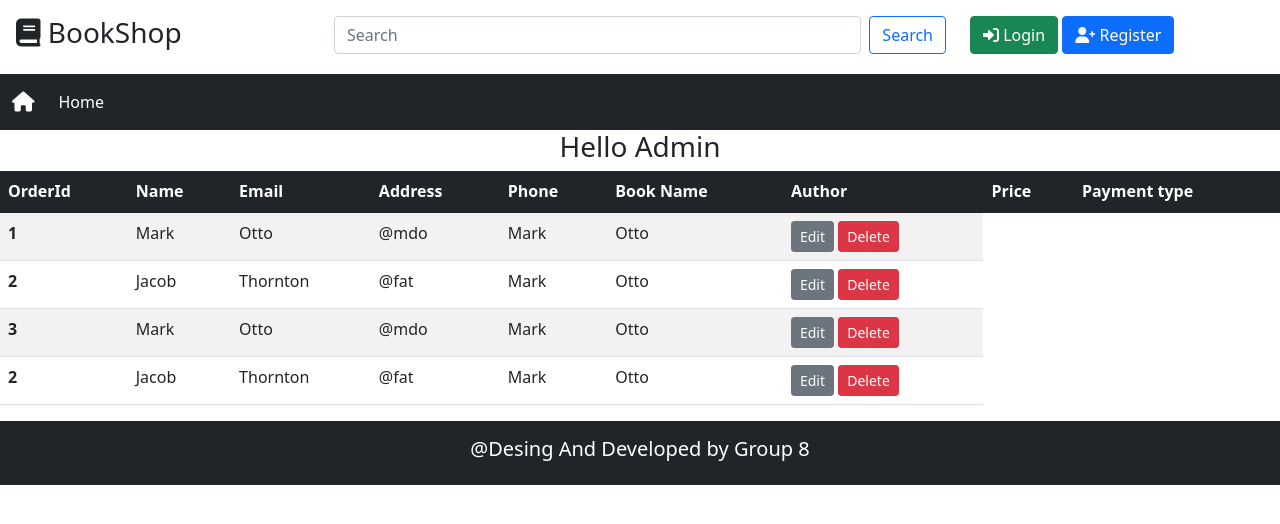
Repository: Abhishekverma23797/BookShopApp
Page: http://localhost/Ebook-App/Admin/orders.jsp
These files come from the project's save history. The page is drawn as it stood at one moment and after the next save; the edit follows.
The browser window is 1280 px wide. The pictures show the whole page.
The page is served by Tomcat 9.

Above is the page before, as saved 2021-12-09 10:39:37.

After the next save:
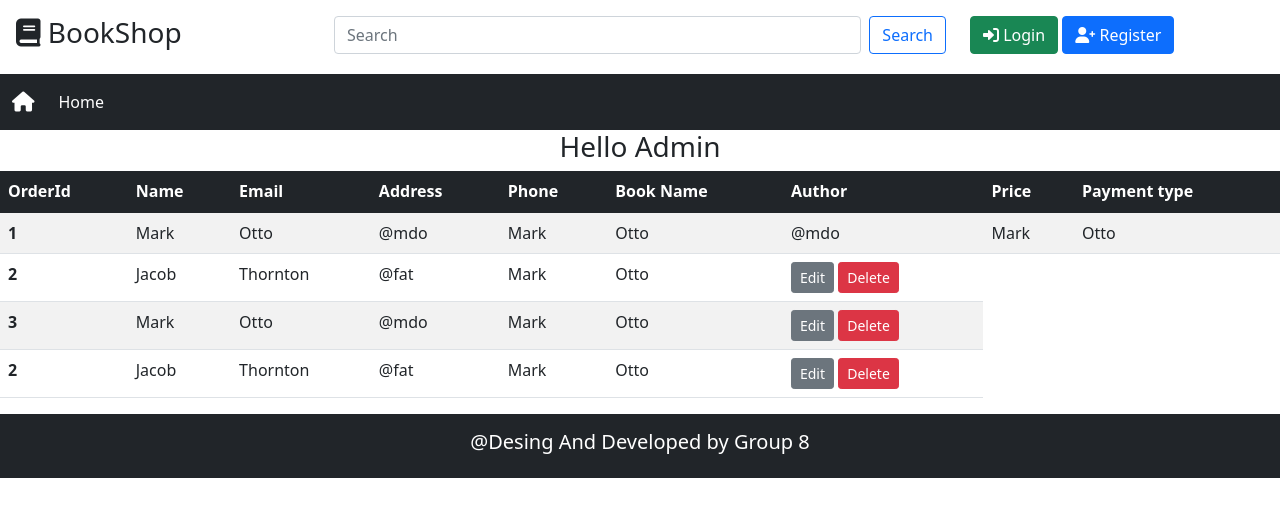
Saved 26 s later.
--- a/Ebook-App/src/main/webapp/Admin/orders.jsp
+++ b/Ebook-App/src/main/webapp/Admin/orders.jsp
@@ -33,8 +33,10 @@
 			<td>@mdo</td>
 			<td>Mark</td>
 			<td>Otto</td>
-			<td><a href="#" class="btn btn-sm btn-secondary">Edit</a> <a
-				href="#" class="btn btn-sm btn-danger">Delete</a></td>
+			<td>@mdo</td>
+			<td>Mark</td>
+			<td>Otto</td>
+
 		</tr>
 		<tr>
 			<th scope="row">2</th>
